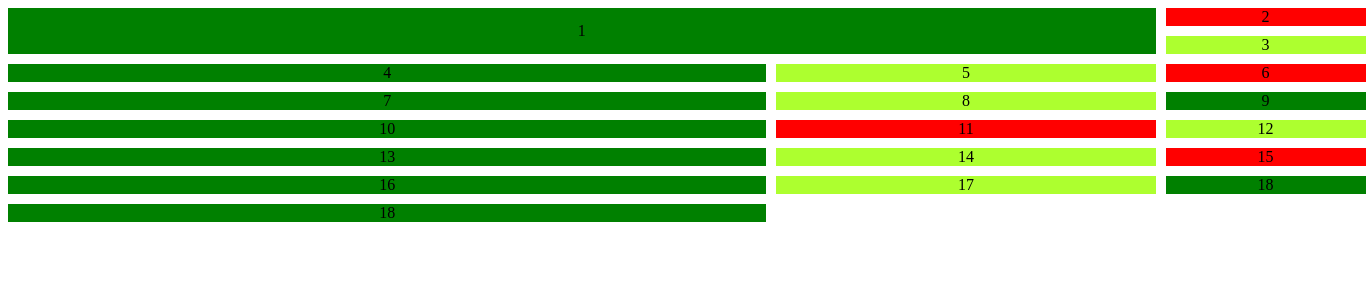
Repository: motiejus1/09-paskaita-05.31
Page: index.html
These files come from the project's save history. The page is drawn as it stood at one moment and after the next save; the edit follows.
The browser window is 1280 px wide. The page is 1366 px wide, then 1292 px, so the pictures cover 1366 px, including what lies to the right of the window. The pictures show the whole page.

Above is the page before, as saved 2021-06-15 19:31:28.

### index.html
<!DOCTYPE html>
<html lang="en">
<head>
    <meta charset="UTF-8">
    <meta http-equiv="X-UA-Compatible" content="IE=edge">
    <meta name="viewport" content="width=device-width, initial-scale=1.0">
    <title>9 paskaita</title>
    <style>
        .grid-container {
            display: grid;
            grid-template-columns: 60% 30% 200px;
            grid-column-gap: 10px ;
            grid-row-gap: 10px ;
        }

        .zalia {
            background-color: green;
        }

        .raudona {
            background-color: red;
        }

        .geltona {
            background: greenyellow;
        }

        .grid-item-1 {
            grid-column-start: 1 ;
            grid-column-end: 3 ;
            grid-row-start: 1 ;
            grid-row-end: 3 ;
        }

        .grid-item {
            display:grid;
            justify-content: center;
            align-items: center;
        }
        .flex-container {
            display:flex;
            justify-content: center;
            align-items: center;
        }
    </style>
</head>
<body>
    <div class="grid-container">
        <div class="grid-item grid-item-1 zalia">
            1
        </div>
        <div class="grid-item grid-item-2 raudona">
            2
        </div>
        <div class="grid-item grid-item-3 geltona">3</div>
        <div class="grid-item grid-item-4 zalia">4</div>
        <div class="grid-item geltona">5</div>
        <div class="grid-item raudona">6</div>
        <div class="grid-item zalia">7</div>
        <div class="grid-item geltona">8</div>
        <div class="grid-item zalia">9</div>
        <div class="grid-item zalia">10</div>
        <div class="grid-item raudona">11</div>
        <div class="grid-item geltona">12</div>
        <div class="grid-item zalia">13</div>
        <div class="grid-item geltona">14</div>
        <div class="grid-item raudona">15</div>
        <div class="grid-item zalia">16</div>
        <div class="grid-item geltona">17</div>
        <div class="grid-item zalia">18</div>
        <div class="flex-container zalia">18</div>
    </div>

</body>
</html>

After the next save:
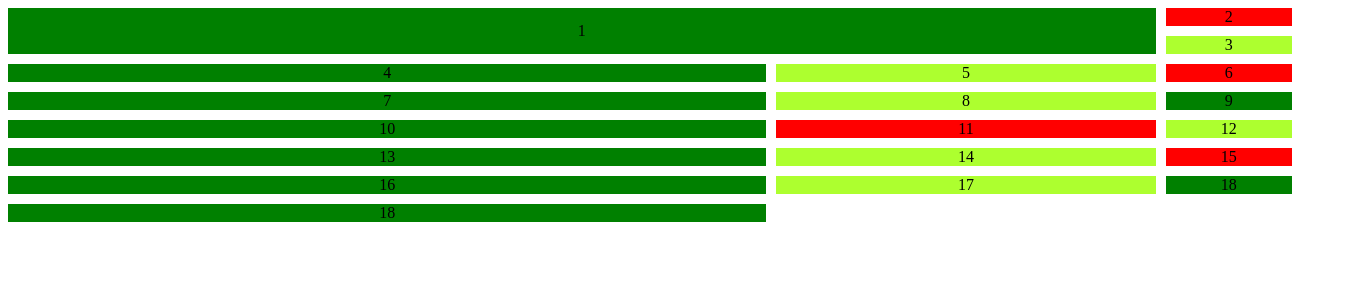
Saved 4 s later.
--- a/index.html
+++ b/index.html
@@ -8,7 +8,7 @@
     <style>
         .grid-container {
             display: grid;
-            grid-template-columns: 60% 30% 200px;
+            grid-template-columns: 60% 30% 10%;
             grid-column-gap: 10px ;
             grid-row-gap: 10px ;
         }
